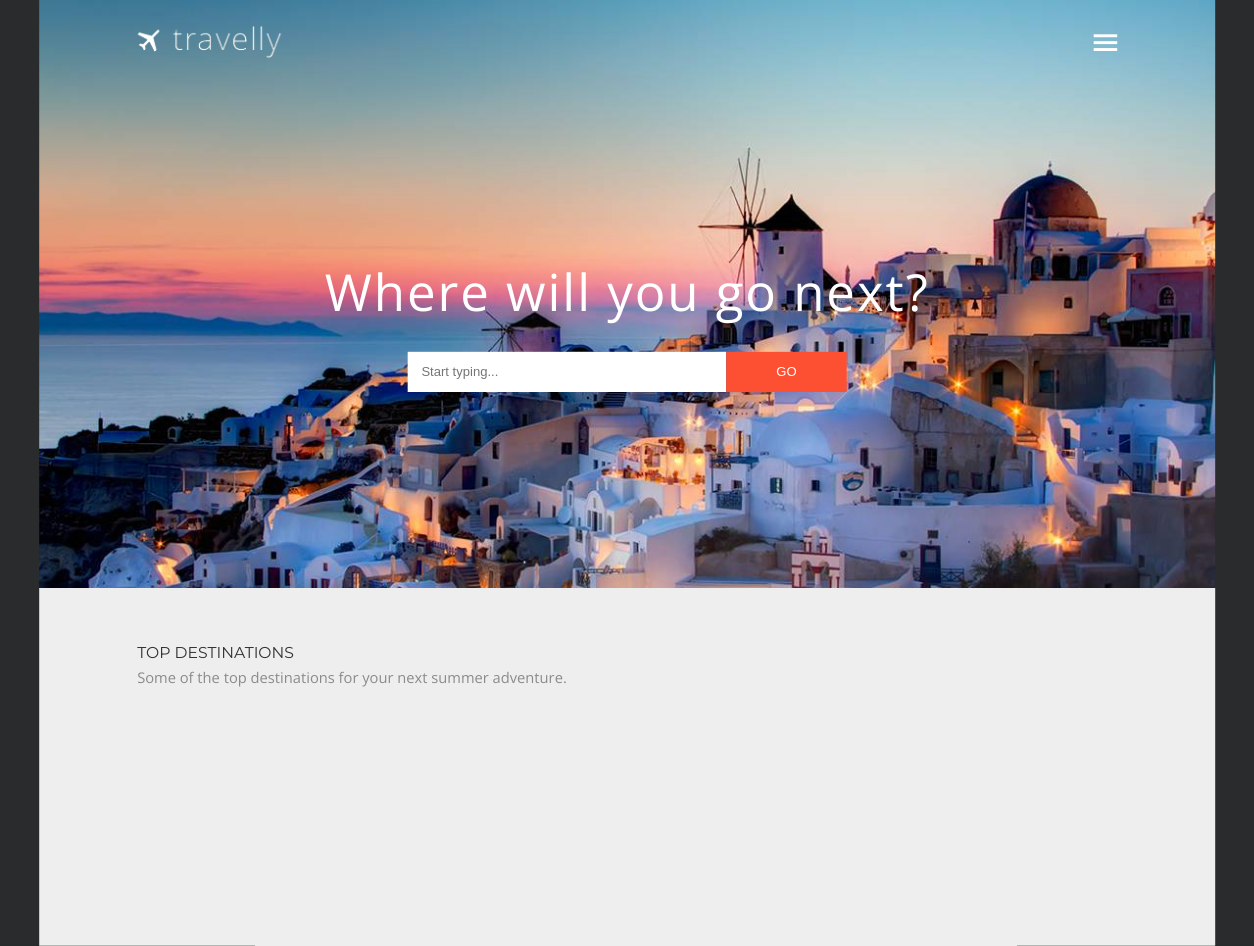
Repository: YusifHasanov/Web-Page-Template
Page: index.html
An editor plug-in stored every save of this project. The page is shown before and after a run of saves, followed by the edit.
The browser window is 1280 px wide. The pictures show the whole page, at 98% of full size.

Above is the page before, as saved 2021-12-05 21:18:49.

### index.html
<!DOCTYPE html>
<html lang="en">
<head>
  <!-- !required meta tags -->
  <meta charset="UTF-8">
  <meta http-equiv="X-UA-Compatible" content="IE=edge">
  <meta name="viewport" content="width=device-width, initial-scale=1.0">
  <title>Document</title>
  <!-- !style css -->
  <link rel="stylesheet" href="./css/style.css" />
</head>
<body>

  <div class="container">
      <div class="header useless">
        <div class="navBar d-flex justify-between align-end">
          <img src="./img/logo.png" alt="traveller company logo" />
          <img src="./img/menubar.png" class="hamburger" alt="hamburger menu logo" />
        </div>
        <h1>Where will you go next?</h1>
        <form class="d-flex justify-center">
          <input type="text" id="search" name="search" [aria-label="search"] placeholder="Start typing..." />
          <button type="submit" role="button">GO</button>
        </form>
      </div>
      <div class="top-destinations useless">
            <h2>Top destinations</h2>
            <p>Some of the top destinations for your next summer adventure.</p>

            <div class="flex-container d-flex justify-between">
              <div class="flex-item"></div>
              <div class="flex-item"></div>
              <div class="flex-item"></div>
              <div class="flex-item"></div>
            </div>
      </div>
  </div>

</body>
</html>

### css/style.css
@import url('https://fonts.googleapis.com/css2?family=Montserrat&family=Open+Sans:wght@300;400&display=swap');

* {
  margin: 0;
  padding: 0;
  outline: 0;
  border: 0;
  box-sizing: border-box;
}

body {
  min-height: 100vh;
  background-color: #292b2c;
}

.d-flex {
  display: flex;
}

.justify-center {
  justify-content: center;
}

.justify-between {
  justify-content: space-between;
}

.align-end {
  align-items: flex-end;
}

.useless {
  padding-left: 8.33%;
  padding-right: 8.33%;
}

.container {
  max-width: 1200px;
  margin-left: auto;
  margin-right: auto;
}

.header {
  height: 600px;
  background-image: url(./../img//backgr.jpg);
}

.navBar {
  padding-top: 26px;
}

.hamburger {
  margin-bottom: 6px;
}

.header > h1 {
  font-size: 52px;
  letter-spacing: 2px;
  color: #ffffff;
  font-weight: 300;
  font-family: 'Open Sans', sans-serif;
  text-align: center;
  line-height: 45px;
  margin-top: 215px;
}

.header > h1 + form {
  margin-top: 40px;
  height: 41px;
}

button[type='submit'] {
  width: 123px;
  background-color: #fd4f32;
  color: white;
}

.header input[type='text'] {
  width: 325px;
  padding-left: 14px;
}

.top-destinations {
  padding-top: 59px;
  padding-bottom: 69px;
  background-color: #eee;
}

.top-destinations > h2 {
  font-size: 16px;
  letter-spacing: 0px;
  color: #323232;
  font-weight: 400;
  font-family: 'Montserrat', sans-serif;
  text-transform: uppercase;
  line-height: 13px;
}

.top-destinations > p {
  font-size: 15px;
  letter-spacing: 0px;
  color: #8b8b8b;
  font-weight: 400;
  font-family: 'Open Sans', sans-serif;
  line-height: 10px;
  margin-top: 14px;
}

.flex-item {
  max-width: 240px;
  height: 200px;
  background-color:red;
}

After the next 2 saves:
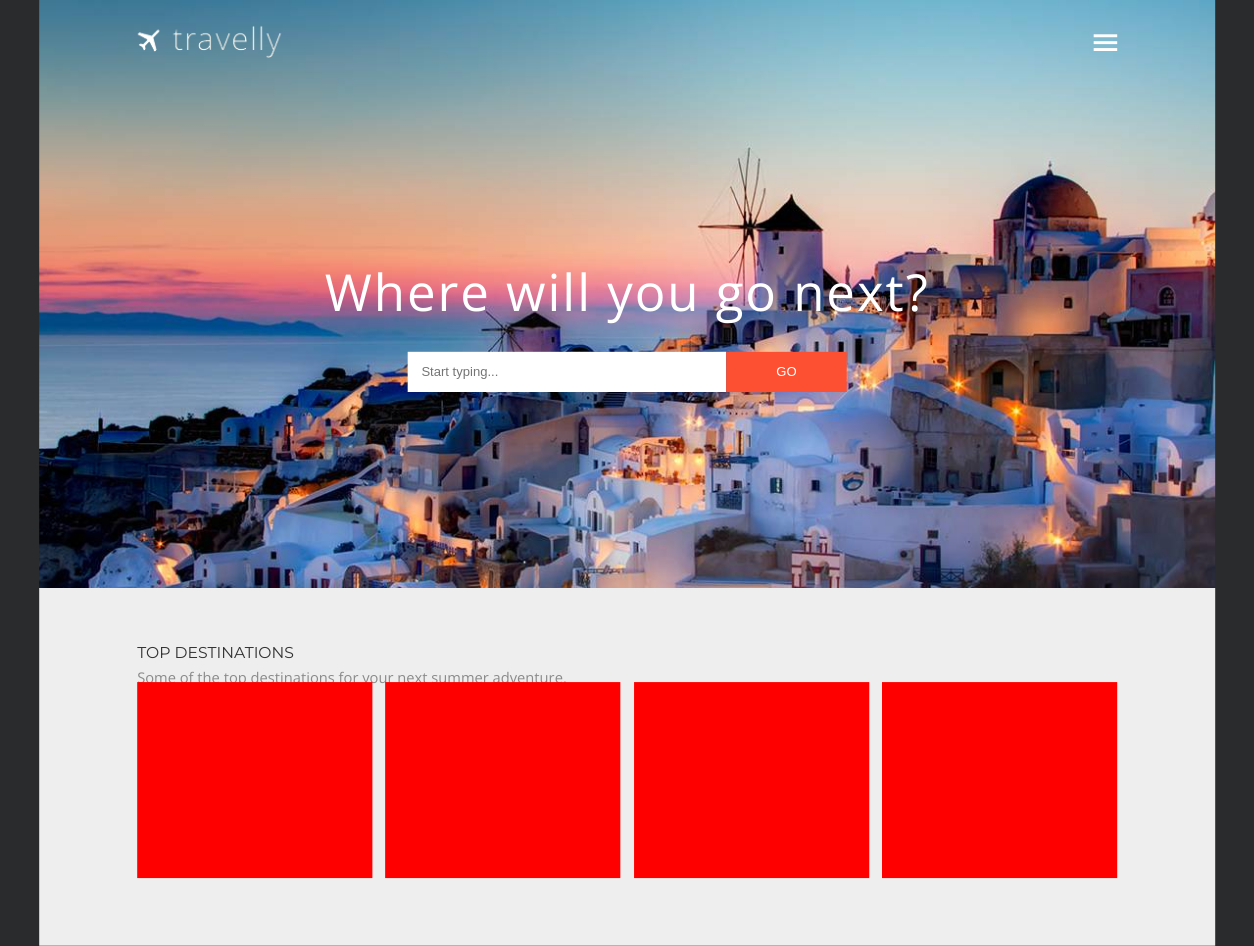
The 2 saves are shown as one change because they came seconds apart.
The last was saved 92 s later.
--- a/css/style.css
+++ b/css/style.css
@@ -107,7 +107,7 @@ button[type='submit'] {
 }
 
 .flex-item {
-  max-width: 240px;
+  width: 24%;
   height: 200px;
   background-color:red;
 }
